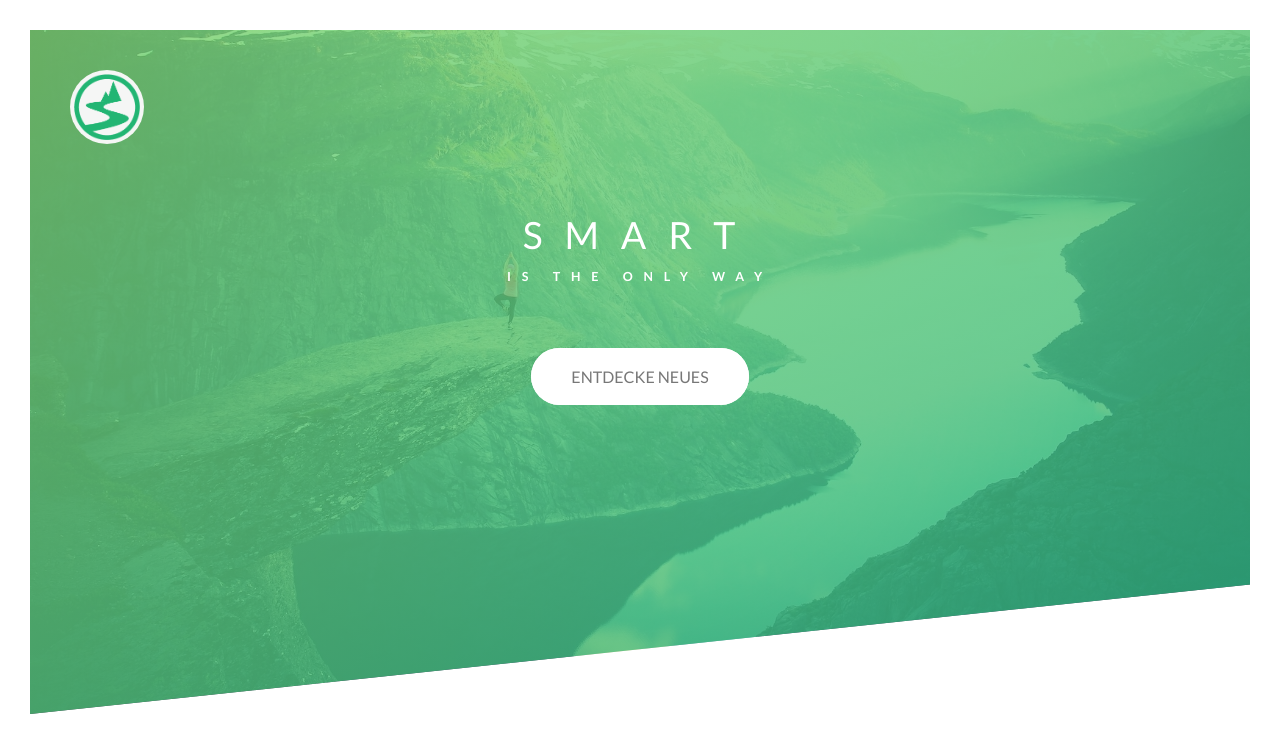
Repository: mukiSabljakovic/NatoursV1
Page: index.html
The author's editor kept a copy of each file at every save. The page is drawn from the files as they stood at one save, then again after the next save.
The browser window is 1280 px wide. The pictures show the whole page.
Some web libraries are served in a nearby version.

Above is the page before, as saved 2020-05-11 17:04:11.

After the next save:
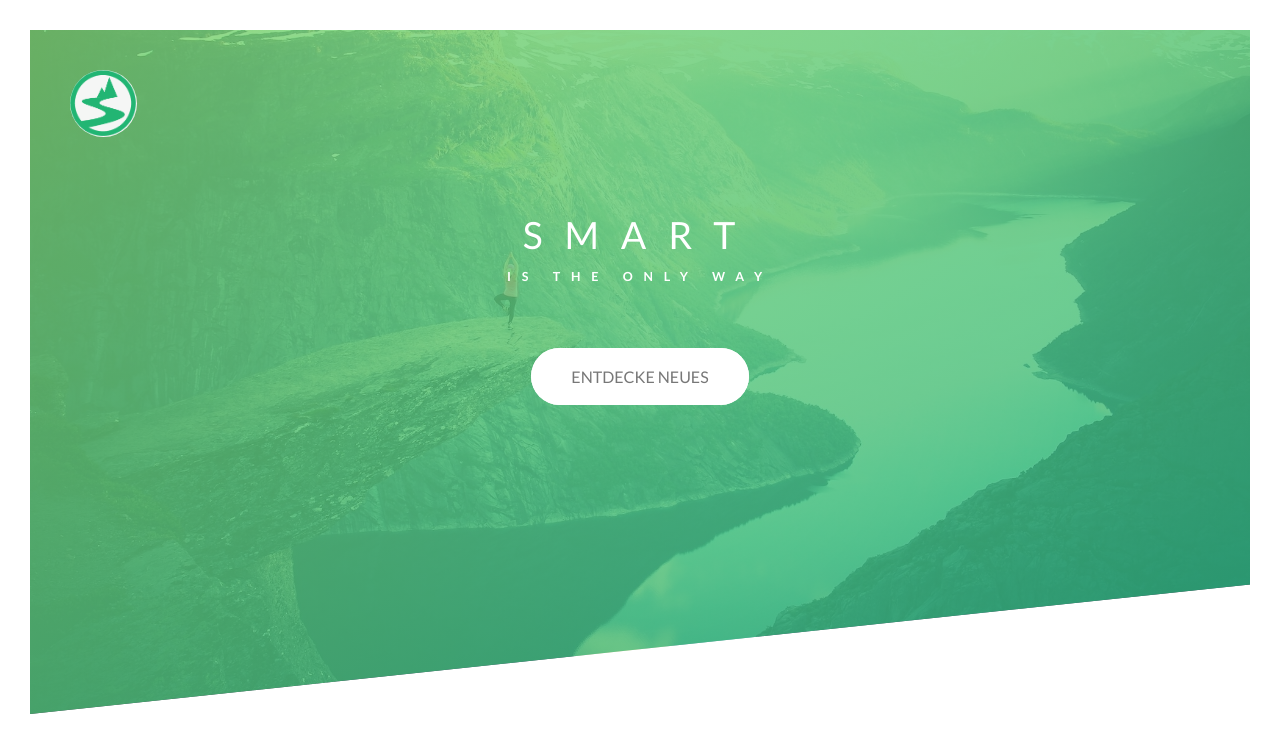
Saved 32 s later.
--- a/css/style.css
+++ b/css/style.css
@@ -51,12 +51,12 @@
 
 .header__logo-box {
     position: absolute;
-    top: 40px;
-    left: 40px;
+    top: 4rem;
+    left: 4rem;
     background: rgb(245, 246, 245);
     border-radius: 100%;
     display: flex;
-    padding: 4px;
+    padding: .04rem;
 }
 
 .header__logo {

After the save that followed:
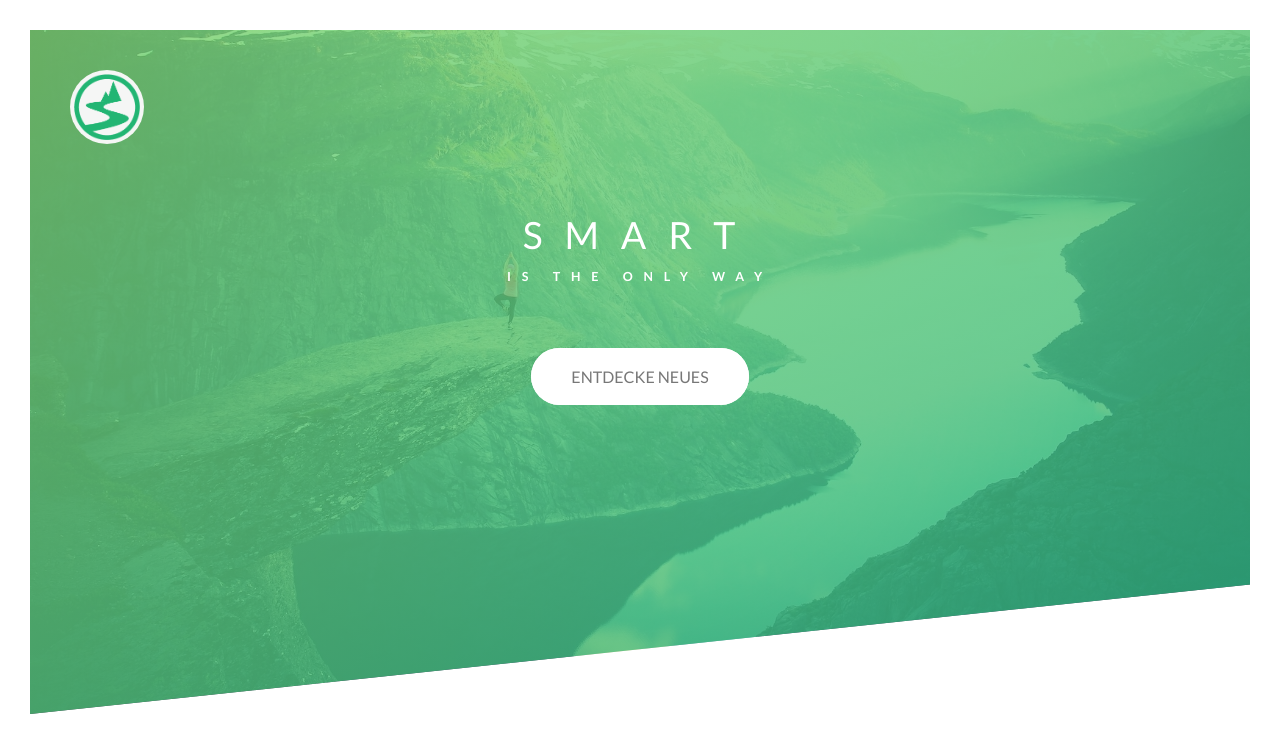
Saved 4 s later.
--- a/css/style.css
+++ b/css/style.css
@@ -56,7 +56,7 @@
     background: rgb(245, 246, 245);
     border-radius: 100%;
     display: flex;
-    padding: .04rem;
+    padding: .4rem;
 }
 
 .header__logo {
